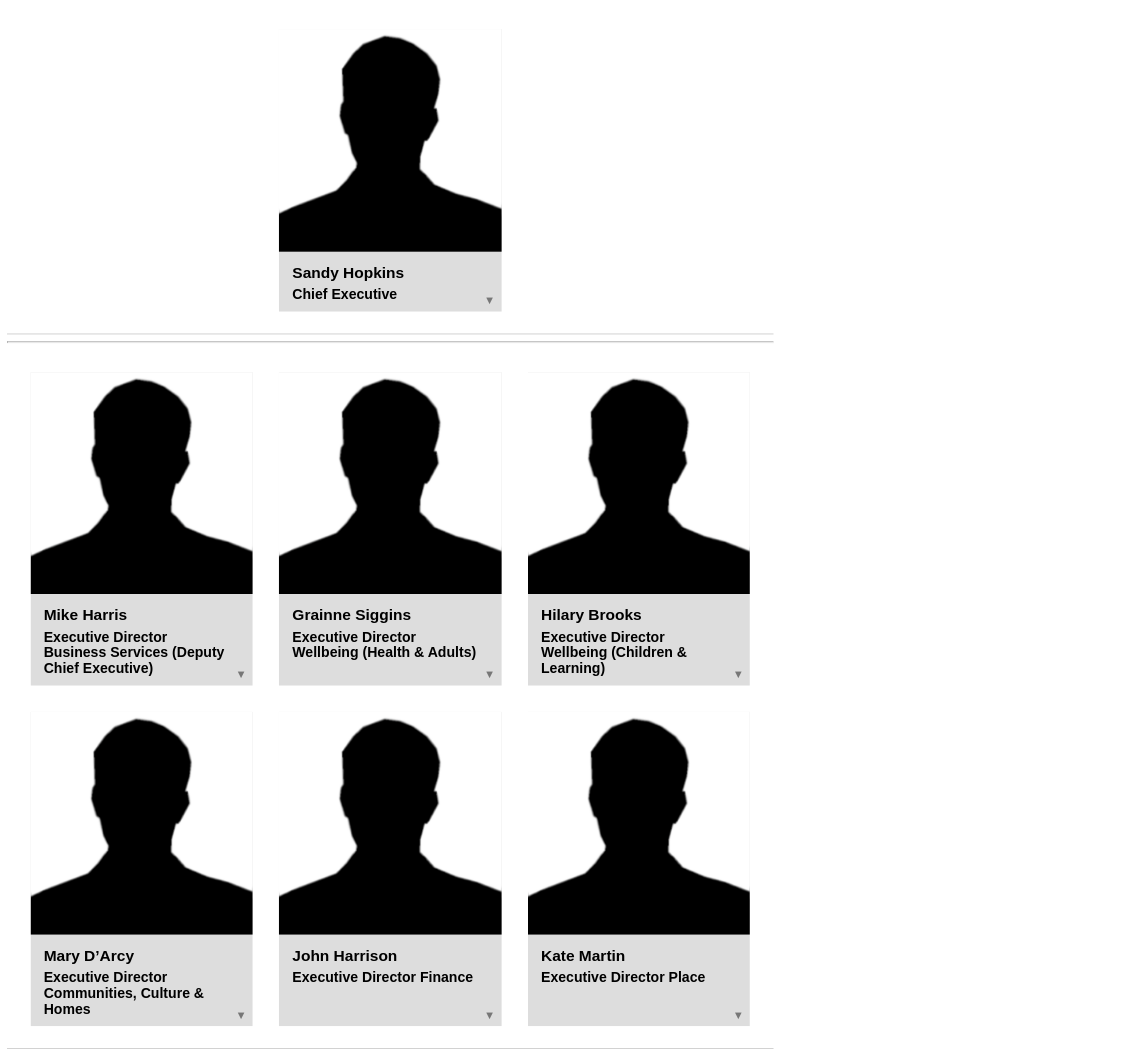
Repository: DigitalExperienceTeam/management
Page: index.html
The author's editor kept a record of every edit. The page is drawn from the files as they stood at one moment, then again after the next edit.
The browser window is 1280 px wide. The pictures show the whole page, at 88% of full size.

Above is the page before.

After the next edit:
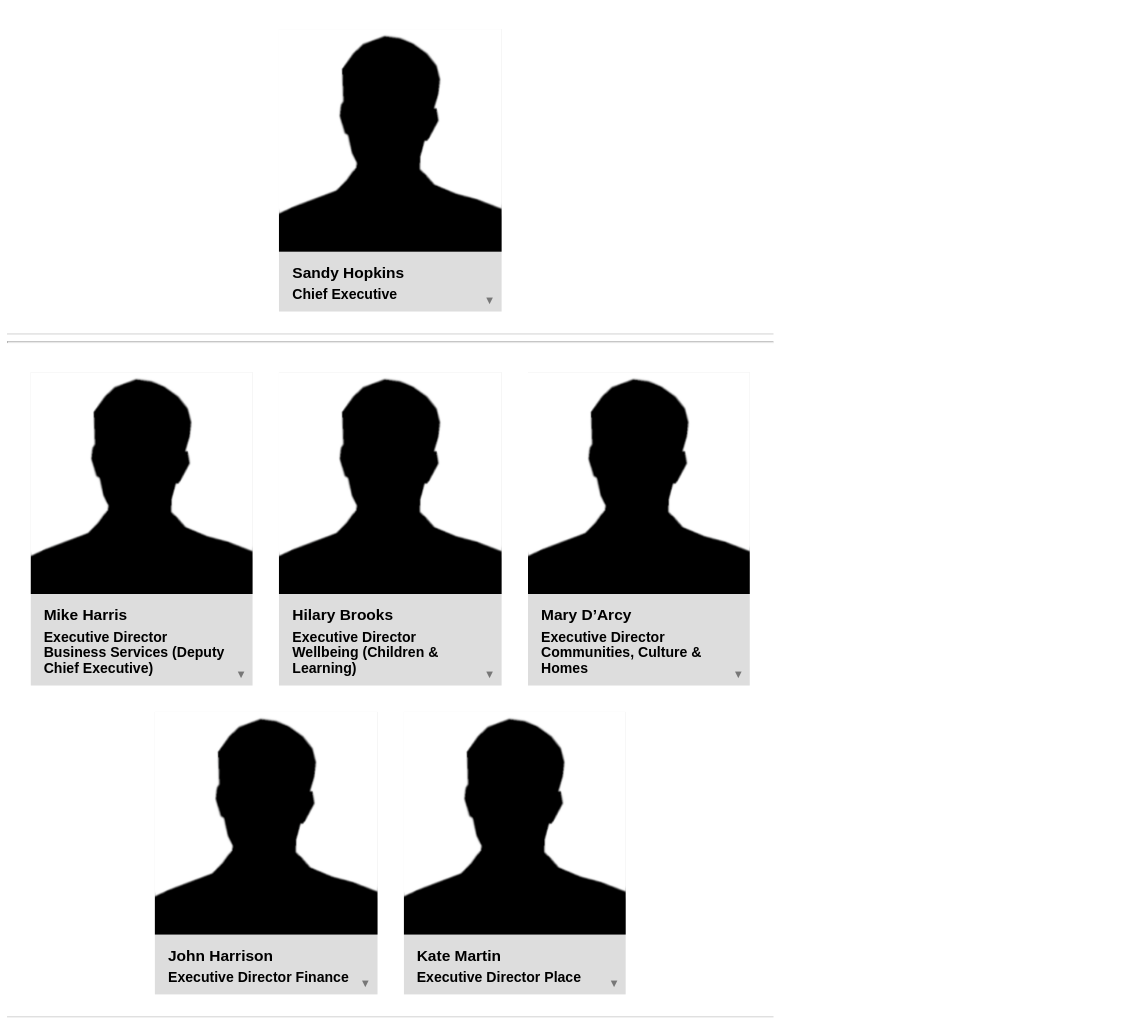
The edit:
--- a/index.html
+++ b/index.html
@@ -47,18 +47,8 @@
 <div class="less">&#9650;</div>
             </div>
         </div>
-         <div class="profile lighter">
-                <img class="profile-pic" src="Silhouette.png">
-            <div class="details">
-                <p class="name">Grainne Siggins</p>
-                <p class="title">Executive Director Wellbeing (Health & Adults)<span class="more">&#9660;</span></p>
-            </div>
-            <div class="bio">
-                <p>Lorem ipsum dolor sit amet, consectetur adipiscing elit. Nunc quis feugiat magna, non vehicula purus. Sed quis enim et dolor tempor aliquet. Proin a tincidunt ligula, nec rhoncus risus. Aliquam ut magna ac nisl dapibus lobortis ut molestie eros. Maecenas ornare quam vel accumsan congue. Curabitur mattis, odio non rhoncus tempor, diam elit convallis lacus, quis feugiat est lectus sit amet mi. Donec at ex in turpis luctus blandit sit amet eu eros. Nullam a libero turpis. Nullam mattis id est ut suscipit. Donec hendrerit turpis sed ligula hendrerit commodo.</p>
-<p>Cras sed vulputate libero. Nam rhoncus quam turpis, vitae eleifend velit ornare a. Donec sollicitudin leo id nunc faucibus, imperdiet porttitor ex dictum. Nam condimentum nibh porta ligula molestie rhoncus. Sed pellentesque lacinia nisi ut finibus. Fusce facilisis scelerisque facilisis. Sed consequat quam nec lectus faucibus lacinia.</p>
-<div class="less">&#9650;</div>
-            </div>
-        </div>
+
+
             <div class="profile lighter">
                    <img class="profile-pic" src="Silhouette.png">
             <div class="details">
